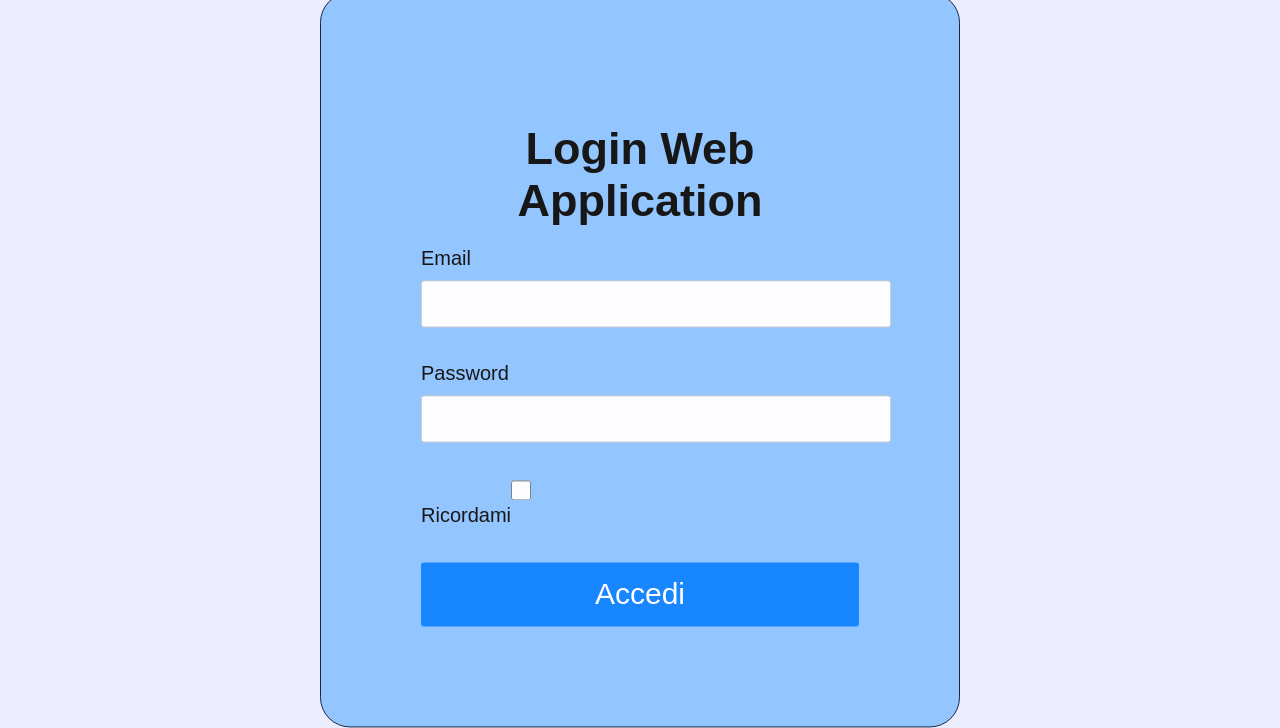
Repository: GabrielCellammare/WebApplication-SA-CyberSecurity
Page: http://localhost/WebProject-CellammareGabriel_ApplicationSecurity_/userNotLogged/login.jsp
These files come from the project's save history. The page is drawn as it stood at one moment and after the next save; the edit follows.
The browser window is 1280 px wide. The pictures show the whole page.
The page is served by Tomcat 9. Nobody is signed in. The application's start-up code is not run. Other server files are loaded and not shown.

Above is the page before, as saved 2024-01-15 07:32:00.

### WebProject-CellammareGabriel(ApplicationSecurity)/WebContent/userNotLogged/login.jsp
<%@ page language="java" contentType="text/html; charset=UTF-8"
    pageEncoding="UTF-8"%>
<!DOCTYPE html>
<html>
    <head>
        <title>Login Web Application</title>
        <style>
         	<%@include file="/WEB-INF/css/styleLogin.css"%>
         </style>
    </head>
    <body>
        <div class="container">
            <h1>Login Web Application</h1>
            <form action="login.do" method="post">
                <div class="field">
                    <label for="email">Email</label>
                    <input type="email" name="email" id="email" required>
                </div>
                <div class="field">
                    <label for="password">Password</label>
                    <input type="password" name="password" id="password" required>
                </div>
                <div class="field">
                    <input type="checkbox" name="remember" id="remember">
                    <label for="remember">Ricordami</label>
                </div>
                <input type="submit" value="Accedi">
            </form>
        </div>
    </body>
</html>

### WebProject-CellammareGabriel(ApplicationSecurity)/WebContent/WEB-INF/css/styleLogin.css
body {
	font-family: sans-serif;
	background-color: #ececff;
}

.container {
	margin: 0 auto;
	max-width: 1500;
	padding: 100px;
	background-color: #8ac1ff;
	opacity: 0.9;
	border-radius: 30px;
	border: 1px solid #001328;
	position: absolute;
	top: 50%;
	left: 50%;
	transform: translate(-50%, -50%);
}

h1 {
	text-align: center;
	font-size: 45px;
	font-weight: bold;
	margin-bottom: 20px;
}

p {
	text-align: center;
	font-size: 30px;
	margin-bottom: 20px;
}

.field {
	margin-bottom: 35px;
}

label {
	display: block;
	margin-bottom: 10px;
	font-size: 20px;
}

input {
	width: 100%;
	padding: 15px;
	border: 1px solid #ccc;
	border-radius: 3px;
}

input[type="checkbox"] {
	width: 200px;
	height: 20px;
	margin-left: 0;
}

input[type="submit"] {
	background-color: #007bff;
	color: #fff;
	border: none;
	cursor: pointer;
	font-size: 30px;
}

After the next save:
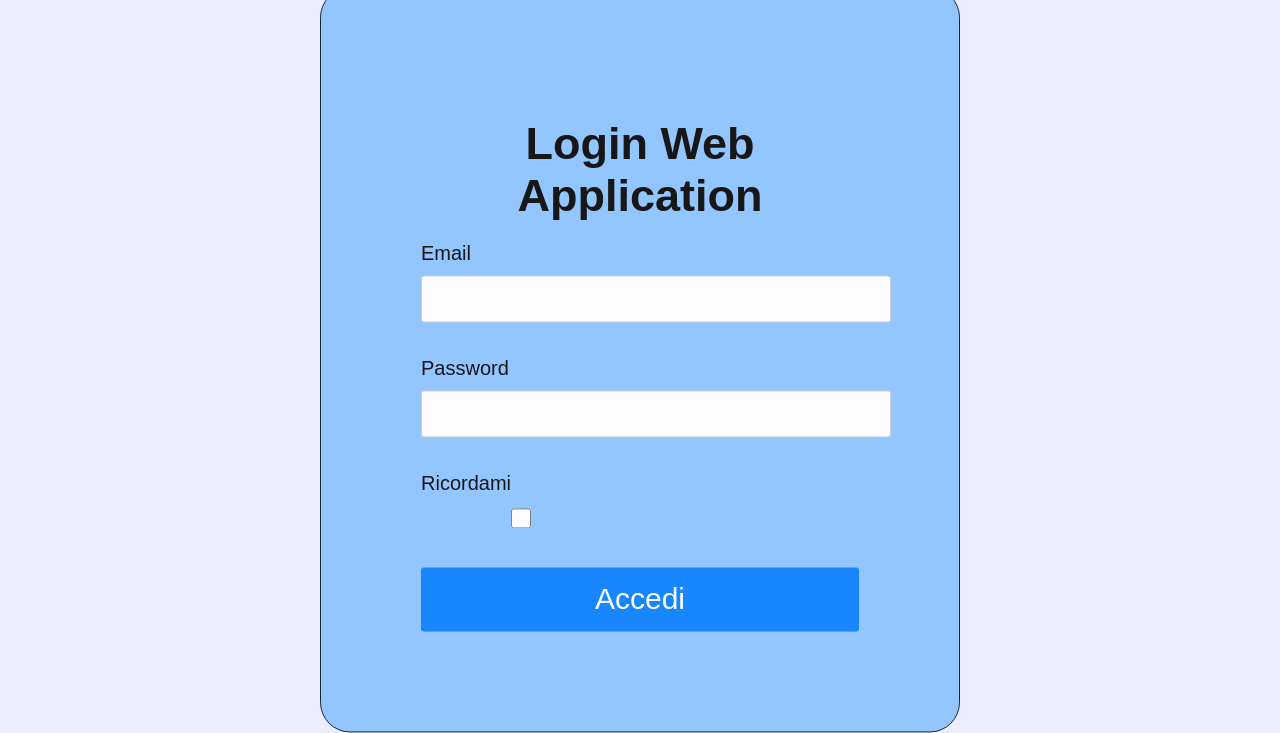
Saved 78 s later.
--- a/WebProject-CellammareGabriel(ApplicationSecurity)/WebContent/userNotLogged/login.jsp
+++ b/WebProject-CellammareGabriel(ApplicationSecurity)/WebContent/userNotLogged/login.jsp
@@ -21,8 +21,9 @@
                     <input type="password" name="password" id="password" required>
                 </div>
                 <div class="field">
+                	<label for="remember">Ricordami</label>
                     <input type="checkbox" name="remember" id="remember">
-                    <label for="remember">Ricordami</label>
+
                 </div>
                 <input type="submit" value="Accedi">
             </form>
